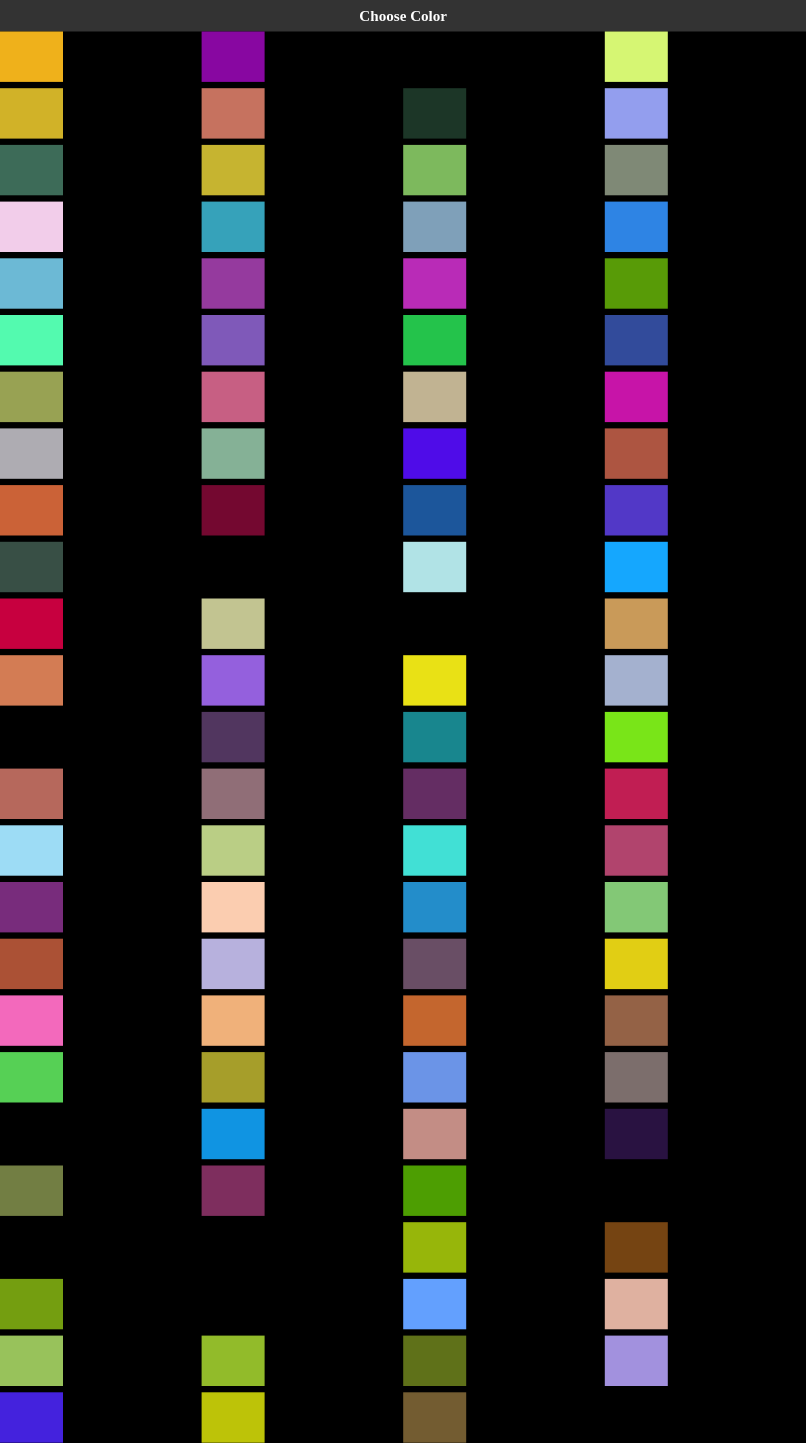
Repository: Modelc/ColorCodes
Page: index.html
An editor plug-in stored every save of this project. The page is shown before and after the next save, followed by the edit.
The browser window is 1280 px wide. The pictures show the whole page, at 63% of full size.

Above is the page before, as saved 2022-12-06 16:53:01.

After the next save:
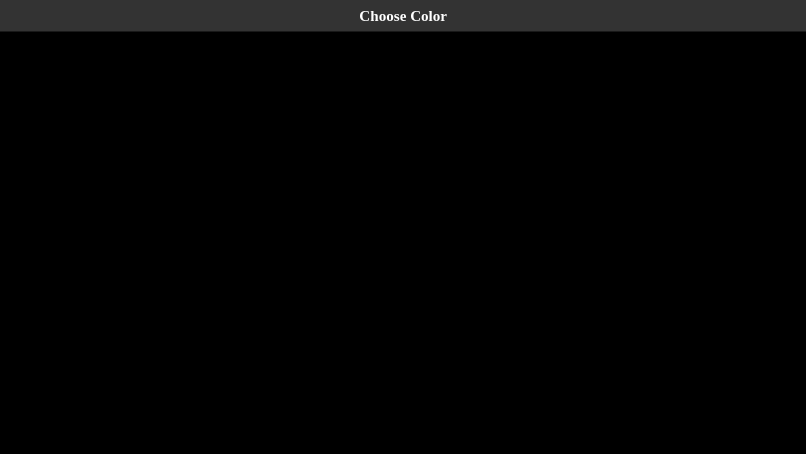
Console error: SyntaxError: Identifier 'styleElement' has already been declared
Saved 114 min 50 s later.
--- a/index.html
+++ b/index.html
@@ -93,24 +93,34 @@
 
       // Use the :hover pseudo-class in CSS to make the "Copy Color Code" button visible only when the user hovers over the corresponding "color-box" div element
       const css = `
-  .color-box:hover button {
-    display: block;
-  }
+.color-box {
+  width: 16.666%;  /* Set the width to 1/6 of the container */
+  margin: 0;  /* Remove any space between the elements */
+  float: left;  /* Float the elements to the left */
+}
 
-  button {
-    display: none;
-  }
+.color-box:hover button {
+  display: block;
+}
 
-  .toast {
-    position: fixed;
-    bottom: 20px;
-    right: 20px;
-    background-color: rgba(0, 0, 0, 0.8);
-    color: white;
-    padding: 20px;
-    border-radius: 5px;
-  }
+button {
+  display: none;
+}
+
+.toast {
+  position: fixed;
+  bottom: 20px;
+  right: 20px;
+  background-color: rgba(0, 0, 0, 0.8);
+  color: white;
+  padding: 20px;
+  border-radius: 5px;
+}
 `;
+      const styleElement = document.createElement("style");
+      styleElement.innerHTML = css;
+      document.head.appendChild(styleElement);
+
       const styleElement = document.createElement("style");
       styleElement.innerHTML = css;
       document.head.appendChild(styleElement);
